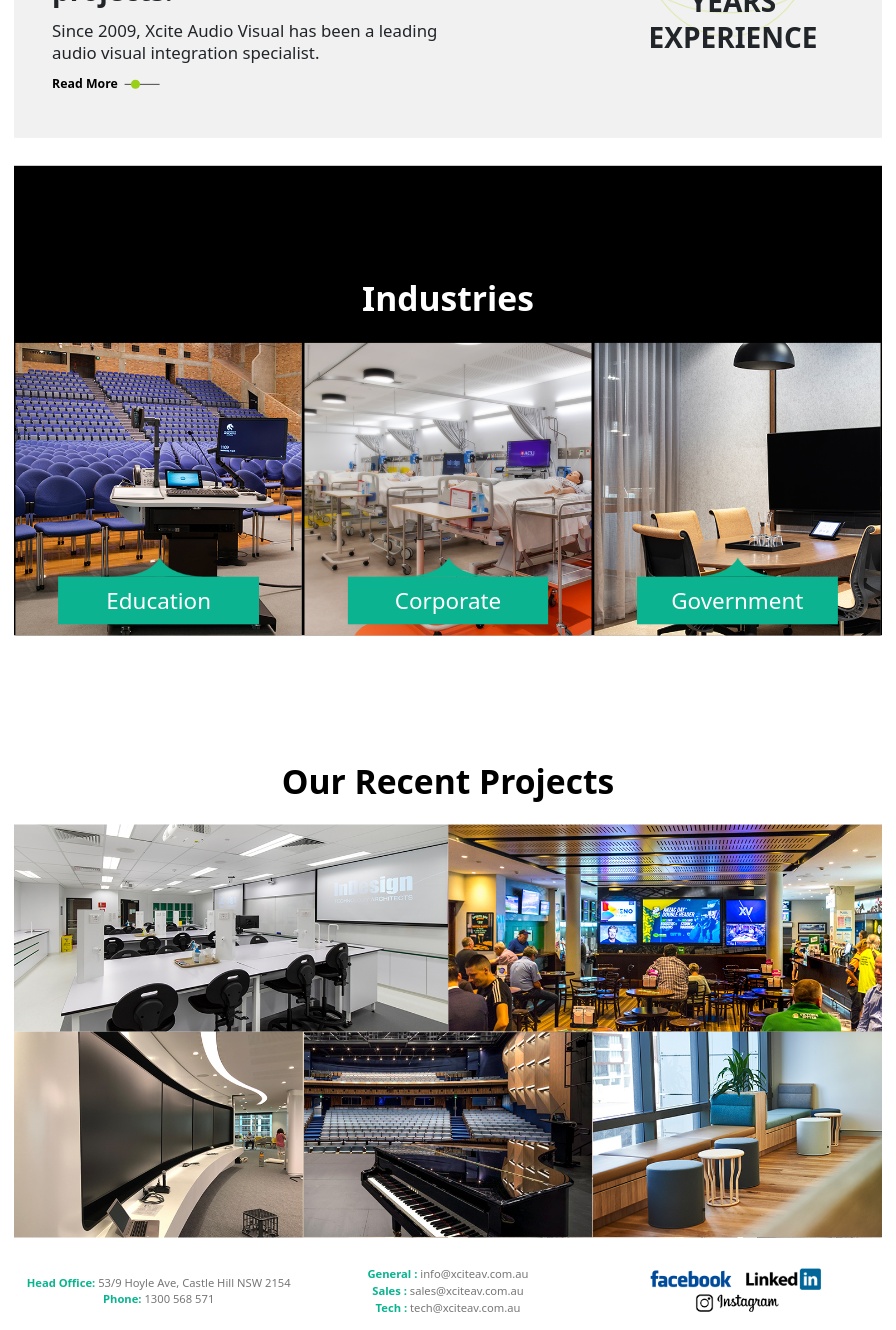
Repository: Imprasna/designplus
Page: index.html
These files come from the project's save history. The page is drawn as it stood at one moment and after a run of saves; the edit follows.
The browser window is 1280 px wide. The pictures show the part of the page from y = 1077 to 2997 px (the page is 2977 px tall before and 2997 px after), at 70% of full size.

Above is the page before, as saved 2022-03-16 23:24:13.

After the next 5 saves:
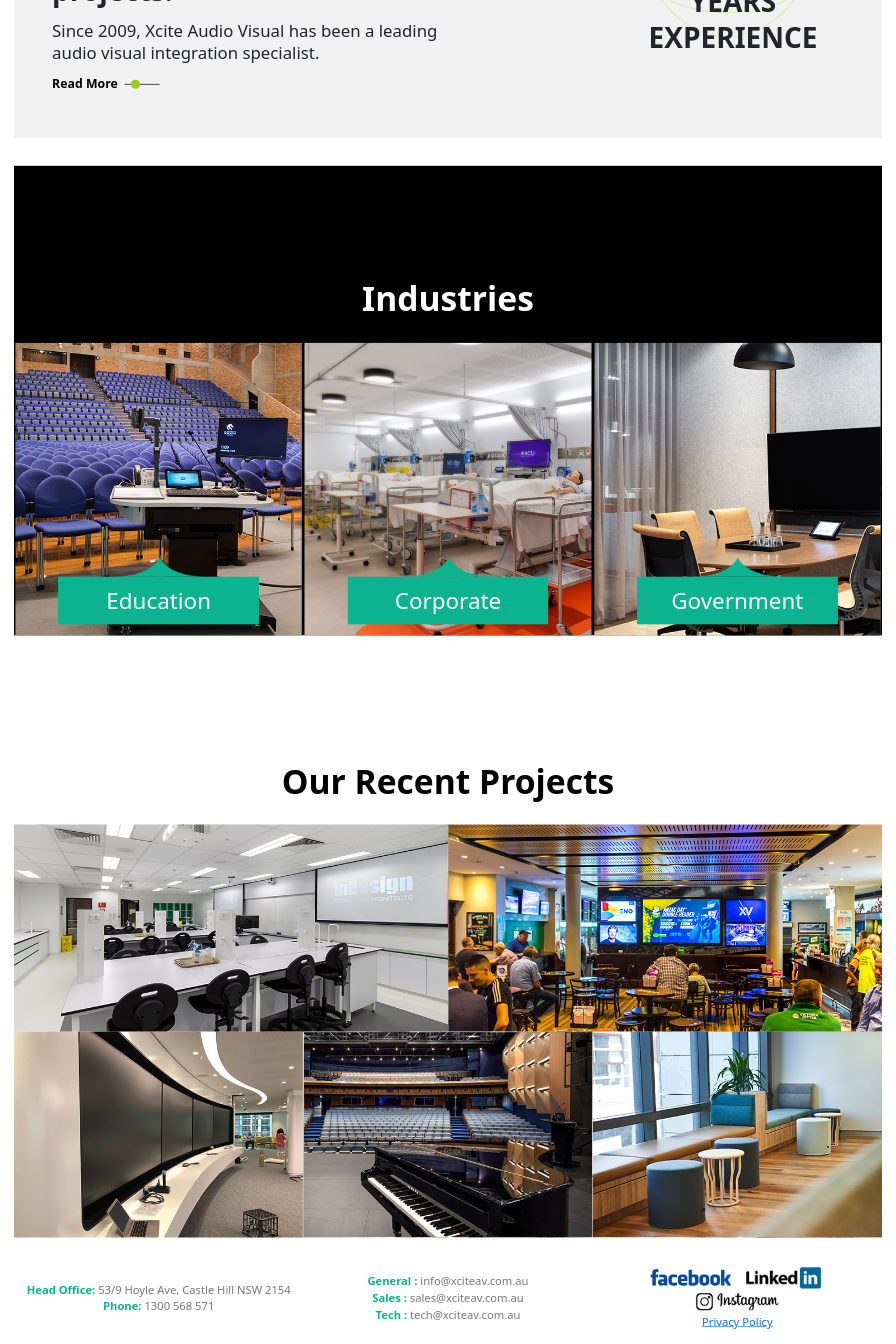
The 5 saves are shown as one change because they came seconds apart.
The last was saved 24 s later.
--- a/index.html
+++ b/index.html
@@ -177,6 +177,7 @@
                 <img src="assets/Images/social-linkedin-icon.png" alt="">
                 <img src="assets/Images/social-instagram-icon.png" alt="">
               </div>
+              <a href="#">Privacy Policy</a>
             </div>
         </div>
       </div>
